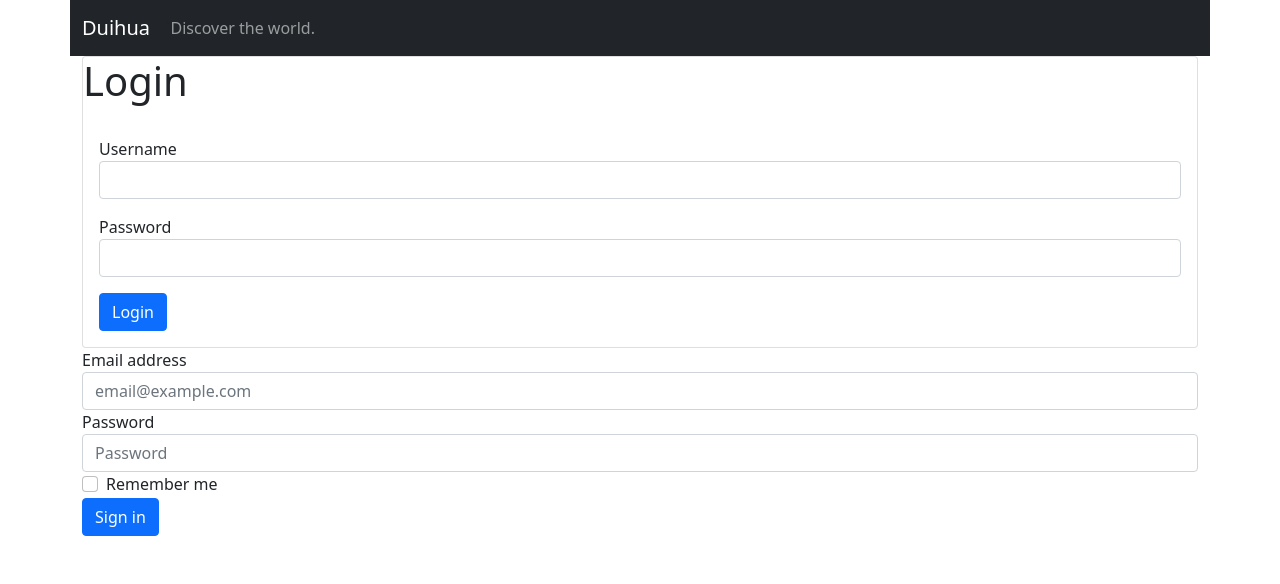
Repository: Norgalador/DuiHuaApp
Page: http://localhost/DuiHua/WEB-INF/loginPage.jsp
An editor plug-in stored every save of this project. The page is shown before and after the next save, followed by the edit.
The browser window is 1280 px wide. The pictures show the whole page.
The page is served by Tomcat 9. Nobody is signed in. The template is opened directly, without the code that normally fills it, so the values that code supplies are empty.

Above is the page before, as saved 2022-08-15 05:09:03.

After the next save:
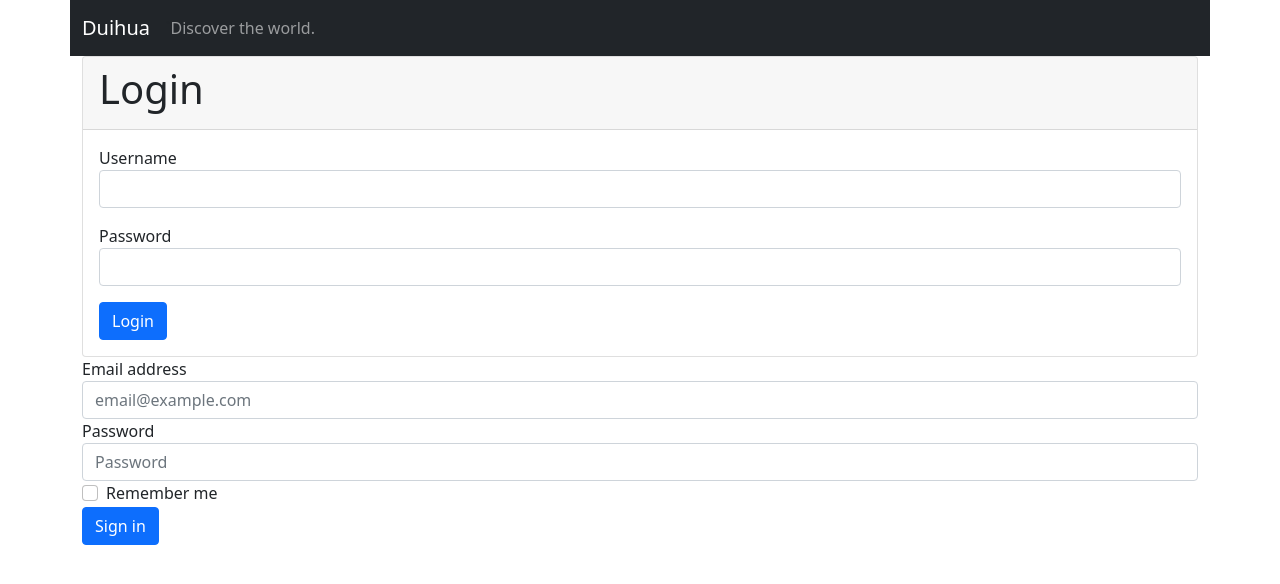
Saved 37 s later.
--- a/DuiHua/src/main/webapp/WEB-INF/loginPage.jsp
+++ b/DuiHua/src/main/webapp/WEB-INF/loginPage.jsp
@@ -20,7 +20,7 @@
 				Discover the world. </span> </nav>
 		</div>
 		<div class="card">
-			<div class="card-title">
+			<div class="card-header">
 				<c:if test="${logoutMessage != null}">
 					<c:out value="${logoutMessage}"></c:out>
 				</c:if>
